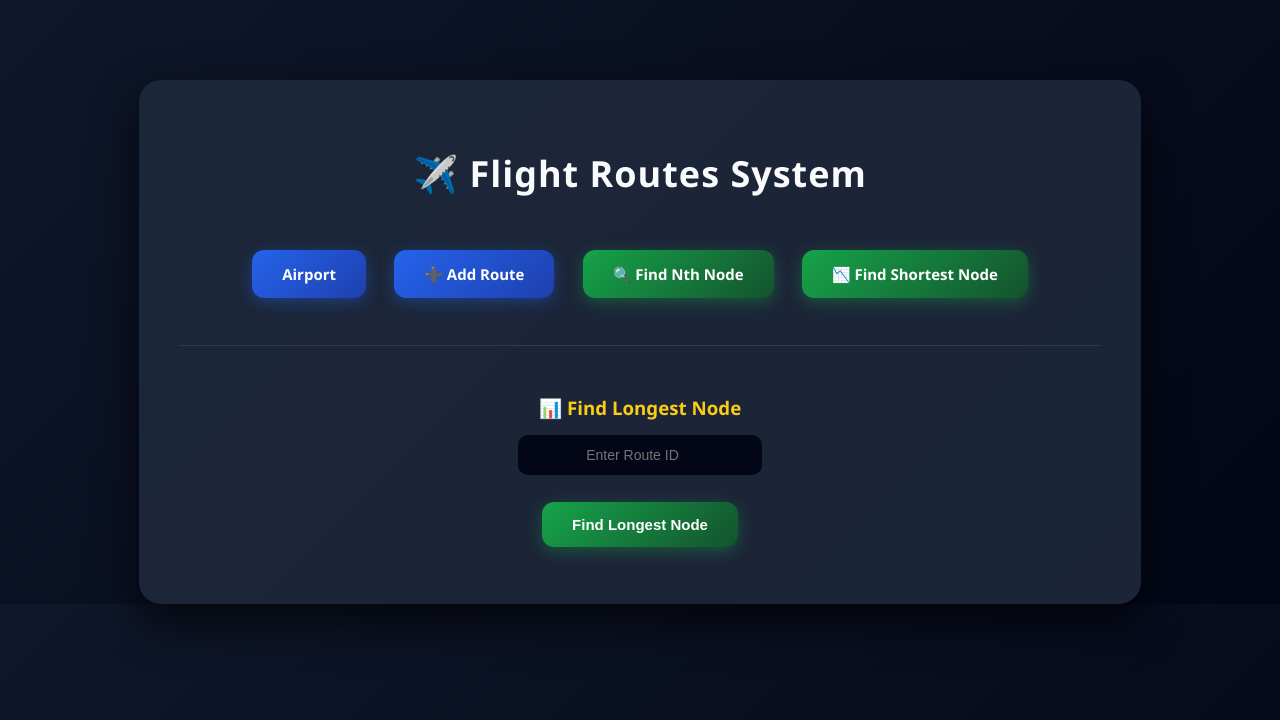
Repository: SNEHASURESH003/flight_system
Page: http://localhost/
These files come from the project's save history. The page is drawn as it stood at one moment and after the next save; the edit follows.
The browser window is 1280 px wide. The pictures show the whole page.
The page is served by the project's application, run on Django 5.2 (manage.py).

Above is the page before, as saved 2026-01-20 00:25:30.

After the next save:
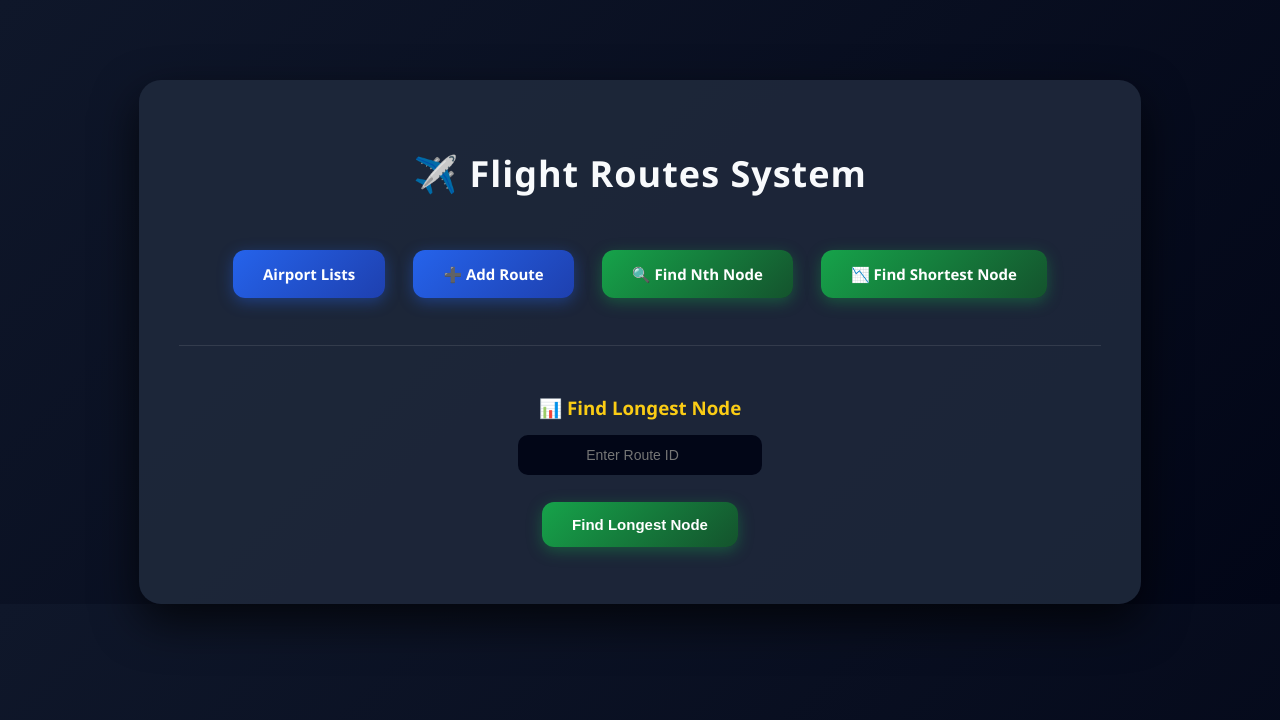
Saved 4 s later.
--- a/airport/airport_route/templates/dashboard.html
+++ b/airport/airport_route/templates/dashboard.html
@@ -105,7 +105,7 @@
     <div class="card">
         <h1>✈️ Flight Routes System</h1>
 
-        <a href="{% url 'add_airport' %}" class="btn">Airport</a>
+        <a href="{% url 'add_airport' %}" class="btn">Airport Lists</a>
         <a href="{% url 'add_route' %}" class="btn">➕ Add Route</a>
         <a href="{% url 'find_nth' %}" class="btn secondary">🔍 Find Nth Node</a>
         <a href="{% url 'shortest_between' %}" class="btn secondary">📉 Find Shortest Node</a>
